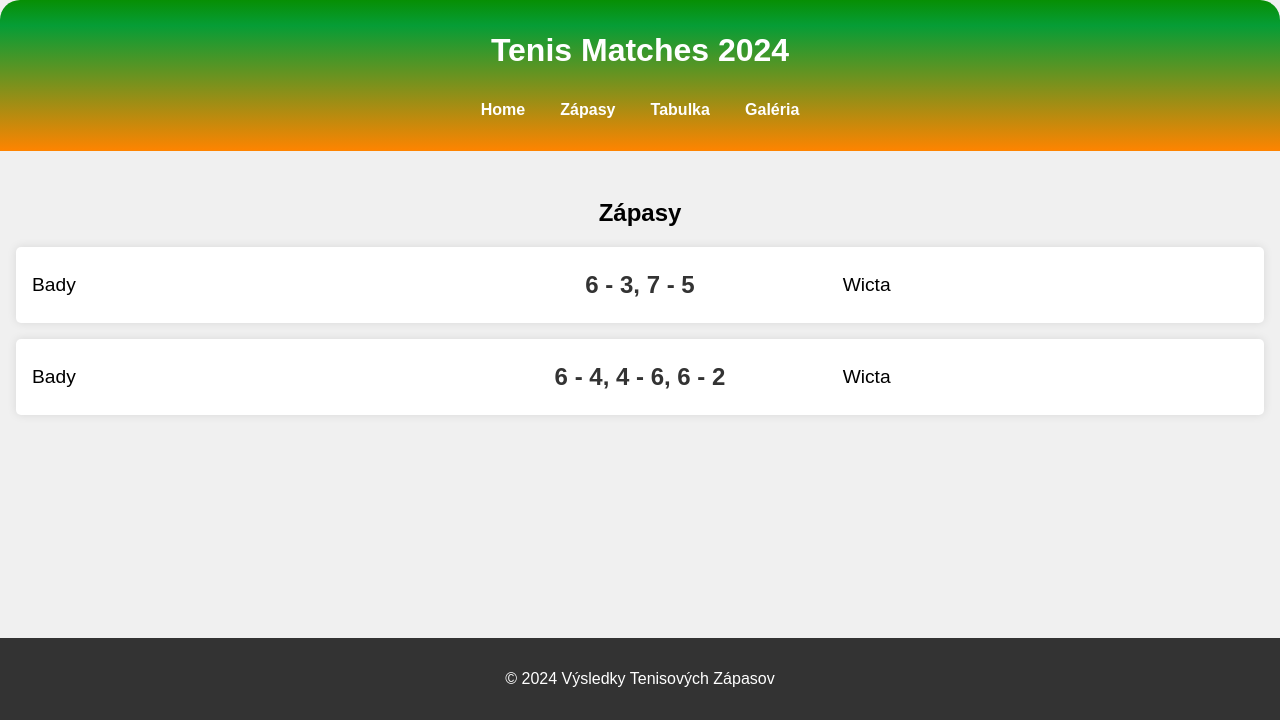
Repository: Badynko/tenis
Page: matches.html
An editor plug-in stored every save of this project. The page is shown before and after the next save, followed by the edit.
The browser window is 1280 px wide. The pictures show the whole page.
After loading, the first visible `div.match` was clicked once.

Above is the page before, as saved 2024-07-22 21:11:20.
Console error: TypeError: match.addClass is not a function

### matches.html
<!DOCTYPE html>
<html lang="sk">
  <head>
    <meta charset="UTF-8" />
    <meta name="viewport" content="width=device-width, initial-scale=1.0" />
    <title>Tenis Matches 2024</title>
    <link rel="stylesheet" href="css/style.css" />
  </head>
  <body>
    <header>
      <h1>Tenis Matches 2024</h1>
      <nav>
        <ul class="menu">
          <li><a href="index.html">Home</a></li>
          <li><a href="matches.html">Zápasy</a></li>
          <li><a href="table.html">Tabulka</a></li>
          <li><a href="gallery.html">Galéria</a></li>
        </ul>
      </nav>
    </header>
    <main>
      <section id="zapasy">
        <h2>Zápasy</h2>
        <div class="match">
          <div class="player">Bady</div>
          <div class="score">6 - 3, 7 - 5</div>
          <div class="player">Wicta</div>
        </div>
        <div class="match">
          <div class="player">Bady</div>
          <div class="score">6 - 4, 4 - 6, 6 - 2</div>
          <div class="player">Wicta</div>
        </div>
      </section>
    </main>
    <footer>
      <p>&copy; 2024 Výsledky Tenisových Zápasov</p>
    </footer>
    <script src="js/script-matches.js"></script>
  </body>
</html>

### css/style.css
body {
  font-family: Arial, sans-serif;
  margin: 0;
  padding: 0;
  background-color: #f0f0f0;
}

header {
  background-color: #12684e;
  color: #fff;
  text-align: center;
  padding: 1rem 0;
  border-radius: 20px 20px 0 0;
  background: rgb(7, 143, 4);
  background: linear-gradient(
    180deg,
    rgba(7, 143, 4, 1) 0%,
    rgba(6, 157, 54, 1) 17%,
    rgba(255, 132, 0, 1) 100%
  );
  font-family: Century Gothic, CenturyGothic, AppleGothic, sans-serif;
}

h1 {
  margin: 0;
  margin-top: 1rem;
}

nav {
  margin: 2rem 0;
  margin-bottom: 0;
}

.menu {
  list-style-type: none;
  padding: 0;
  display: flex;
  justify-content: center;
}

.menu li {
  margin: 0 1rem;
}

.menu a {
  color: #fff;
  text-decoration: none;
  padding: 0.5rem 0.1rem;
  border-radius: 5px;
  transition: background-color 0.3s;
  font-weight: bold;
}

.menu a:hover {
  background-color: #575757;
}

main {
  padding: 1rem;
  text-align: center;
}

section {
  margin: 2rem 0;
}

.match {
  background-color: #fff;
  margin: 1rem 0;
  padding: 1rem;
  border-radius: 5px;
  box-shadow: 0 0 10px rgba(0, 0, 0, 0.1);
  display: flex;
  justify-content: space-between;
  align-items: center;
  flex-wrap: wrap;
}

.player {
  font-size: 1.2rem;
  flex: 1 1 100%;
  text-align: center;
  margin: 0.5rem 0;
}

.score {
  font-size: 1.5rem;
  flex: 1 1 100%;
  text-align: center;
  font-weight: bold;
  color: #333;
  margin: 0.5rem 0;
}

footer {
  background-color: #333;
  color: #fff;
  text-align: center;
  padding: 1rem 0;
  position: fixed;
  left: 0;
  bottom: 0;
  width: 100%;
}

@media (min-width: 600px) {
  .match {
    flex-wrap: nowrap;
  }

  .player,
  .score {
    flex: 1;
    text-align: left;
  }

  .score {
    text-align: center;
  }
}

/* HOME SLIDER */
.slider {
  margin-top: 3rem;
  width: 100%;
  padding-bottom: 50%;
}
.slider img {
  width: 100%;
}
.wrapper {
  width: 100%;
  margin: 0;
}
@media only screen and (min-width: 1024px) {
  .wrapper {
    width: 1024px;
    margin: auto;
  }
}

/* Javascript Classes */

.hidden {
  visibility: hidden;
}

### js/script-matches.js
"use strict";

let match = document.querySelector(".match");

match.addEventListener("click", function () {
  match.addClass("hidden");
});

After the next save:
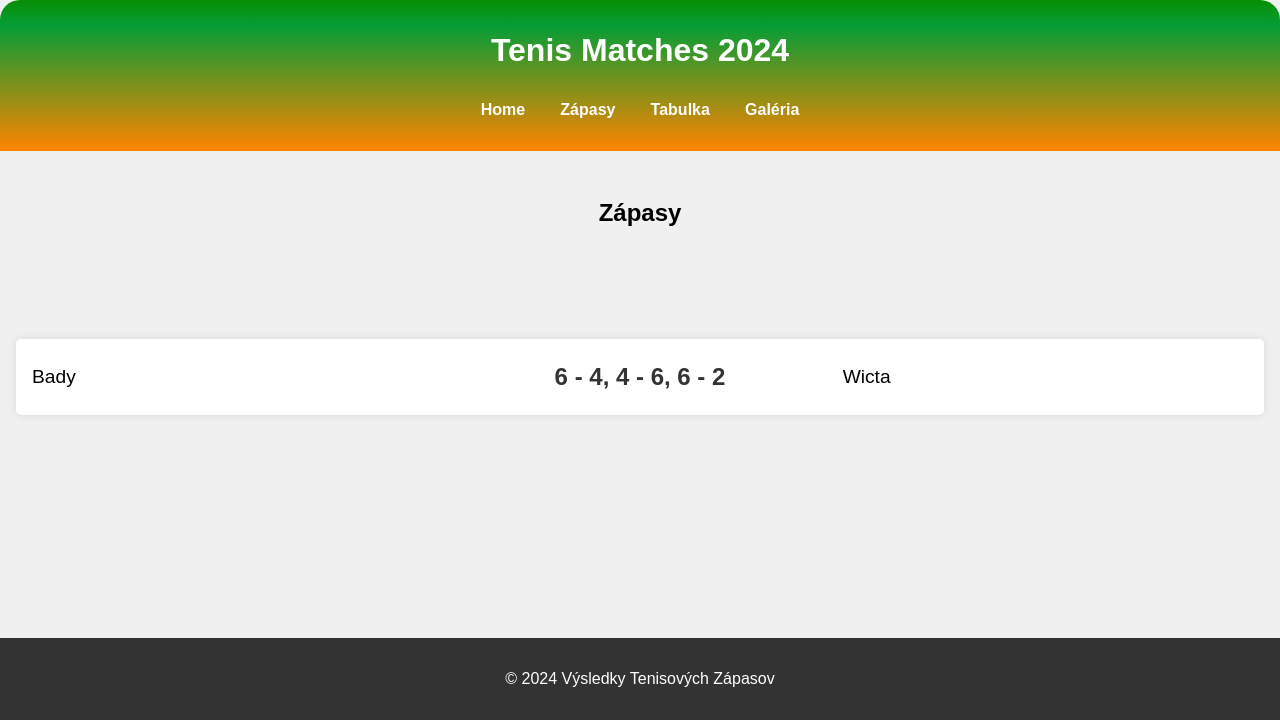
The error is gone.
Saved 61 s later.
--- a/js/script-matches.js
+++ b/js/script-matches.js
@@ -3,5 +3,5 @@
 let match = document.querySelector(".match");
 
 match.addEventListener("click", function () {
-  match.addClass("hidden");
+  match.classList.add("hidden");
 });
